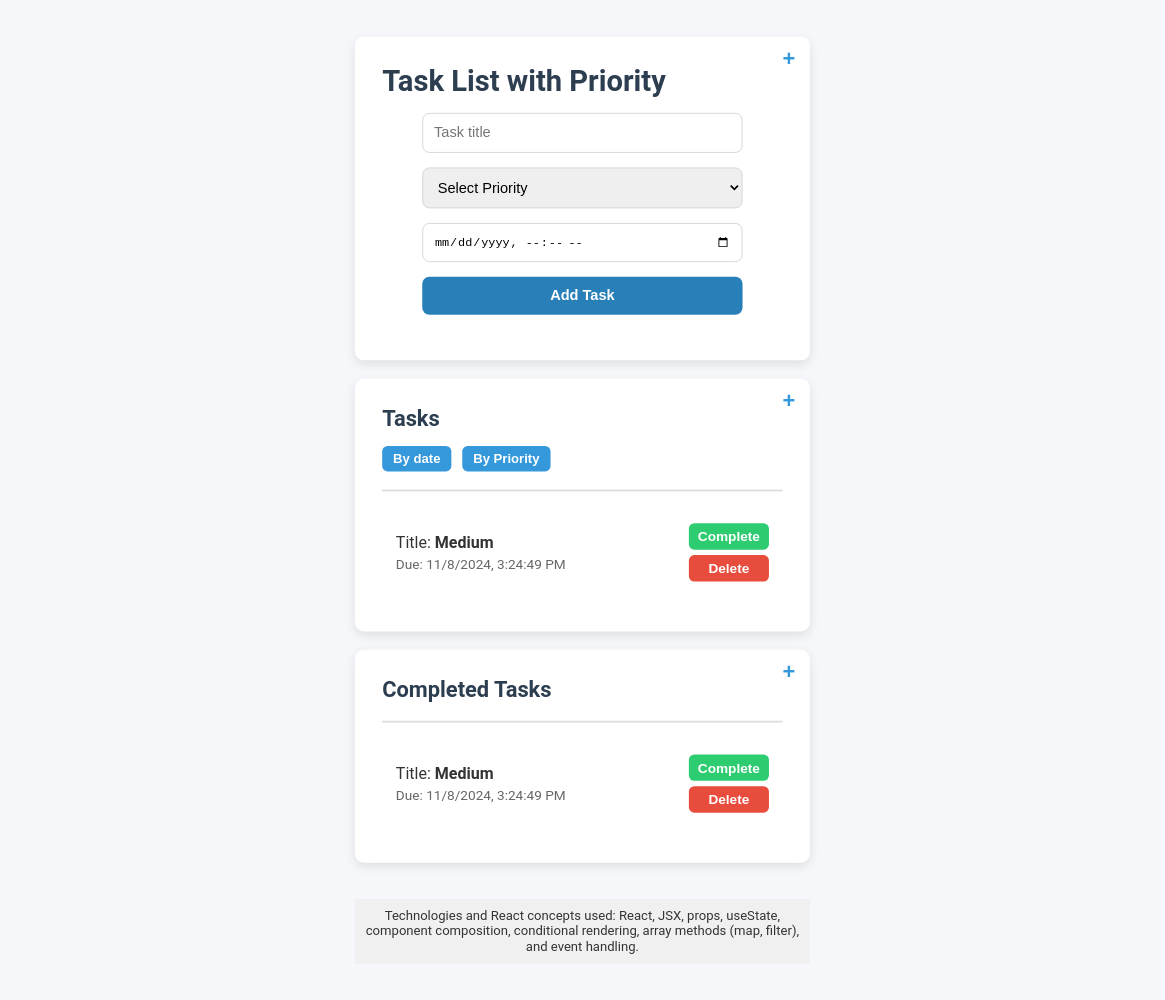
Repository: Lithium87/TaskList
Page: /
The author's editor kept a copy of each file at every save. The page is drawn from the files as they stood at one save, then again after the next save.
The browser window is 1280 px wide. The pictures show the whole page, at 91% of full size.
The project was rebuilt for these pictures with package versions that can differ from the ones it lists, and the page was loaded fresh each time. Also part of the build but not shown: vite.config.js.

Above is the page before, as saved 2025-07-08 17:34:31.

### src/index.css
/* General app styles */
* {
  box-sizing: border-box;
  margin: 0;
  padding: 0;
}

body {
  font-family: "Roboto", sans-serif;
  background-color: #f5f7fa;
  display: flex;
  justify-content: center;
  align-items: flex-start;
  min-height: 100vh;
  padding: 40px;
  color: #333;
}

.app {
  display: flex;
  flex-direction: column;
  gap: 20px;
  max-width: 500px;
  width: 100%;
}

/* Main container for current tasks and completed tasks */
.task-container,
.completed-task-container {
  position: relative;
  background-color: #ffffff;
  border-radius: 10px;
  box-shadow: 0 4px 12px rgba(0, 0, 0, 0.1);
  padding: 30px;
}

/* Headings */
h1,
h2 {
  color: #2c3e50;
  margin-bottom: 16px;
}

/* Completed Task toggle button */
.completed-header {
  display: flex;
  align-items: center;
  justify-content: space-between;
}

.toggle-button {
  background: none;
  border: none;
  cursor: pointer;
  font-size: 1.2em;
  color: #3498db;
  transition: transform 0.3s ease;
}

.toggle-button.open {
  transform: rotate(180deg);
}

/* Sort buttons container */
.sort-controls {
  display: flex;
  justify-content: start;
  align-items: center;
  gap: 12px;
  margin-bottom: 20px;
}

/* Close/open button for sections */
.close-button {
  background: none;
  border: none;
  font-size: 1.5em;
  font-weight: bold;
  color: #3498db;
  cursor: pointer;
  position: absolute;
  top: 10px;
  right: 16px;
  padding: 0;
  transition: color 0.3s, transform 0.3s ease;
}

.close-button.open {
  transform: rotate(135deg); /* Turns "×" into "+" */
  color: #2980b9;
}

.close-button:hover {
  color: #2980b9;
}

/* Sort buttons */
.sort-button {
  padding: 6px 12px;
  background-color: #3498db;
  border: none;
  color: white;
  font-size: 0.9em;
  font-weight: bold;
  border-radius: 6px;
  cursor: pointer;
  transition: background-color 0.3s;
}

.sort-button.active {
  background-color: #2980b9;
  font-weight: bold;
}

.sort-button:hover {
  background-color: #2980b9;
}

/* Task form styles */
.task-form {
  display: flex;
  flex-direction: column;
  align-items: center;
  margin-bottom: 20px;
  animation: fade-in 0.5s ease-in-out;
}

.task-form input[type="text"],
.task-form select,
.task-form input[type="datetime-local"] {
  margin: 0 0 16px 0;
  padding: 12px;
  border-radius: 8px;
  border: 1px solid #ced4da;
  width: 80%;
  font-size: 1em;
  transition: border 0.3s;
}

.task-form input:focus,
.task-form select:focus,
.task-form input[type="datetime-local"]:focus {
  outline: none;
  border-color: #3498db;
}

.task-form button {
  padding: 12px 24px;
  border: none;
  background-color: #2980b9;
  color: white;
  font-size: 1em;
  font-weight: bold;
  border-radius: 8px;
  cursor: pointer;
  transition: background-color 0.3s, transform 0.2s;
  width: 80%;
}

.task-form button:hover {
  background-color: #2980b9;
  transform: translateY(-2px);
}

/* Task list styles */
.task-list,
.completed-task-list {
  list-style-type: none;
  padding: 0;
  width: 100%;
}

/* Task item styles */
.task-item {
  padding: 15px;
  border-radius: 8px;
  display: flex;
  justify-content: space-between;
  align-items: center;
  margin: 10px 0;
  font-size: 1.1em;
  transition: transform 0.2s, opacity 0.3s;
  animation: fade-in 0.5s ease-in-out;
}

.task-item.high {
  background-color: #f8d7da;
  color: #721c24;
  border-left: 6px solid #f5c6cb;
}

.task-item.medium {
  background-color: #fff3cd;
  color: #856404;
  border-left: 6px solid #ffeeba;
}

.task-item.low {
  background-color: #d4edda;
  color: #155724;
  border-left: 6px solid #c3e6cb;
}

.task-item:hover {
  transform: scale(1.02);
}

.task-info {
  flex: 1;
  text-align: left;
}

/* Date text style */
.task-deadline {
  font-size: 0.85em;
  color: #666;
  margin-top: 5px;
}

/* Buttons container for vertical alignment */
.task-buttons {
  display: flex;
  flex-direction: column;
  gap: 6px;
}

/* Complete button */
.complete-button {
  padding: 6px 10px;
  background-color: #2ecc71;
  border: none;
  color: white;
  border-radius: 6px;
  font-size: 0.85em;
  font-weight: bold;
  cursor: pointer;
  transition: background-color 0.3s, transform 0.2s;
}

.complete-button:hover {
  background-color: #27ae60;
  transform: translateY(-2px);
}

/* Delete button */
.delete-button {
  padding: 6px 10px;
  background-color: #e74c3c;
  border: none;
  color: white;
  border-radius: 6px;
  font-size: 0.85em;
  font-weight: bold;
  cursor: pointer;
  transition: background-color 0.3s, transform 0.2s;
}

.delete-button:hover {
  background-color: #c0392b;
  transform: translateY(-2px);
}

/* Completed task item */
.task-item.completed {
  background-color: #e0f7df;
  color: #155724;
  border-left: 6px solid #a5d6a7;
  opacity: 0.9;
}

/* Animation for completed tasks */
.completed-task-list .task-item {
  animation: fade-in 0.5s ease-in-out;
}

@keyframes fade-in {
  from {
    opacity: 0;
    transform: translateY(-10px);
  }
  to {
    opacity: 1;
    transform: translateY(0);
  }
}

/* Completed task list container with smooth slide-down effect */
.completed-task-list-container {
  overflow: hidden;
  max-height: 0;
  opacity: 0;
  transition: max-height 0.5s ease, opacity 0.5s ease;
}

.completed-task-list-container.open {
  max-height: 500px; /* Adjust as needed */
  opacity: 1;
}

/* Completed task list section */
.completed-task-list,
.task-list {
  margin-top: 20px;
  padding-top: 10px;
  border-top: 2px solid #ddd;
}

.footer {
  text-align: center;
  margin-top: 20px;
  padding: 10px;
  background-color: #f0f0f0;
  font-size: 0.9em;
}

### src/App.jsx
import {useState} from 'react';

function App () {
  const [openSection, setOpenSection] = useState ({
    taskList: false,
    tasks: true,
    completedTasks: true,
  });

  const toggleSection = section => {
    setOpenSection (prev => ({
      ...prev,
      [section]: !prev[section],
    }));
  };

  return (
    <div className="app">
      <div className="task-container">
        <h1>Task List with Priority</h1>
        <button
          className="close-button"
          onClick={() => toggleSection ('taskList')}
        >
          {openSection.taskList}
          +
        </button>
        <TaskForm />
      </div>

      <div className="task-container">
        <h2>Tasks</h2>
        <button
          className="close-button"
          onClick={() => toggleSection (openSection.tasks)}
        >
          +
        </button>
        <div className="sort-controls">
          <button className="sort-button">By date</button>
          <button className="sort-button">By Priority</button>
        </div>
        <TaskList />
      </div>

      <div className="completed-task-container">
        <h2>Completed Tasks</h2>
        <button
          className="close-button"
          onClick={() => toggleSection (openSection.completedTasks)}
        >
          +
        </button>
        <CompletedTaskList />
      </div>

      <Footer />
    </div>
  );
}

const TaskForm = () => {
  return (
    <form className="task-form">
      <input type="text" value={''} placeholder="Task title" required />
      <select value={''} required>
        <option value="" disabled>Select Priority</option>
        <option value="low">Low Priority</option>
        <option value="medium">Medium Priority</option>
        <option value="high">High Priority</option>
      </select>
      <input type="datetime-local" value={''} required />
      <button type="submit">Add Task</button>
    </form>
  );
};

const TaskList = () => {
  return (
    <ul className="task-list">
      <TaskItem title="Task 1" priority="low" dueDate="2023-10-01T10:00" />
    </ul>
  );
};

const TaskItem = () => {
  return (
    <li className="task-item">
      <div className="task-info">
        <div>
          Title: <strong>Medium</strong>
        </div>
        <div className="task-deadline">
          Due: {new Date ().toLocaleString ()}
        </div>
      </div>
      <div className="task-buttons">
        <button className="complete-button">Complete</button>
        <button className="delete-button">Delete</button>
      </div>
    </li>
  );
};

const CompletedTaskList = () => {
  return (
    <ul className="completed-task-list">
      <TaskItem />
    </ul>
  );
};

const Footer = () => {
  return (
    <footer className="footer">
      <p>
        Technologies and React concepts used: React, JSX, props, useState,
        component composition, conditional rendering,
        array methods (map, filter), and event handling.
      </p>
    </footer>
  );
};

export default App;

Loaded but not shown: src/main.jsx (common file)

After the next save:
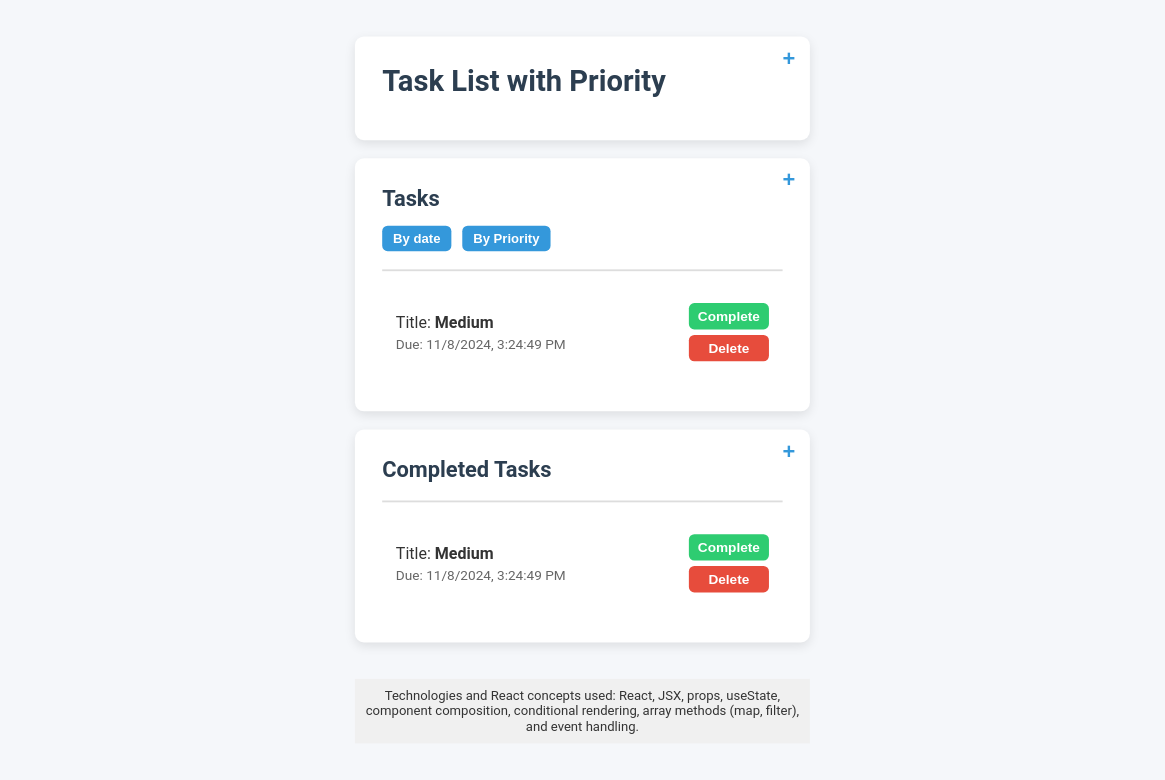
Saved 40 s later.
--- a/src/App.jsx
+++ b/src/App.jsx
@@ -22,10 +22,9 @@ function App () {
           className="close-button"
           onClick={() => toggleSection ('taskList')}
         >
-          {openSection.taskList}
+          {openSection.taskList && <TaskForm />}
           +
         </button>
-        <TaskForm />
       </div>
 
       <div className="task-container">
